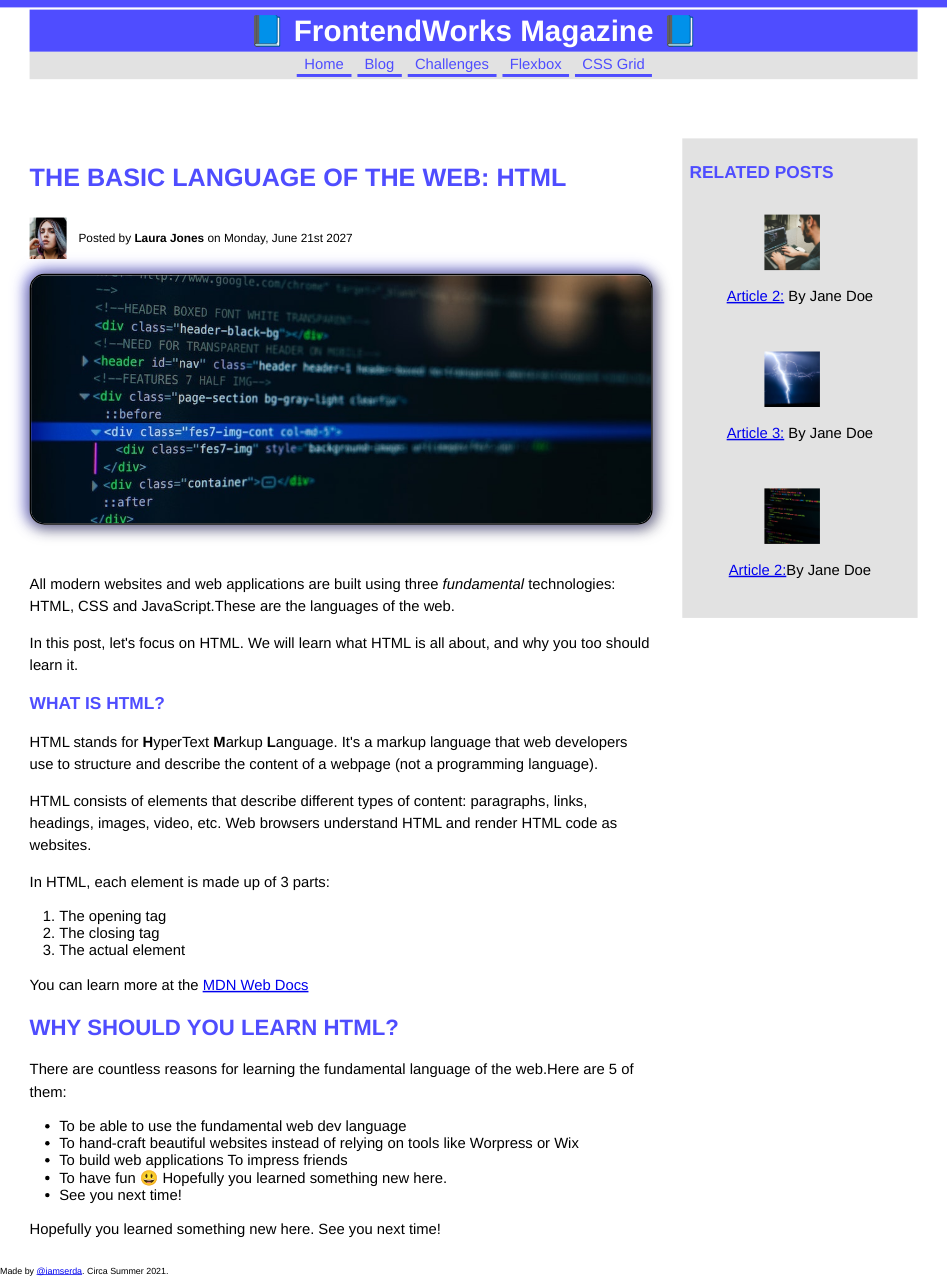
Repository: iamserda/html-css-course
Page: starter/02-HTML-Fundamentals/index.html
The author's editor kept a copy of each file at every save. The page is drawn from the files as they stood at one save, then again after the next save.
The browser window is 1280 px wide. The pictures show the whole page, at 74% of full size.

Above is the page before, as saved 2021-07-17 18:23:51.

### starter/02-HTML-Fundamentals/index.html
<!DOCTYPE html>
<html lang="en">

<head>
    <meta charset="UTF-8" />
    <meta http-equiv="X-UA-Compatible" content="IE=edge" />
    <meta name="viewport" content="width=device-width, initial-scale=1.0" />
    <title>HTML Fundamentals by Laura Jones</title>
    <link href="index.css" rel="stylesheet" />
</head>

<body class="container-col">
    <header>
        <h1 class="brandname">📘 FrontendWorks Magazine 📘</h1>
        <nav>
            <ul>
                <li><a href="index.html">Home</a></li>
                <li><a href="blog/">Blog</a></li>
                <li><a href="challenges/">Challenges</a></li>
                <li><a href="https://css-tricks.com/snippets/css/a-guide-to-flexbox/" target="_blank">Flexbox</a></li>
                <li><a href="https://css-tricks.com/snippets/css/complete-guide-grid/" target="_blank">CSS Grid</a></li>
            </ul>
        </nav>
    </header>
    <main class="container-row">
        <section>
            <article>
                <header class="article-meta">
                    <h1 class="post-title">The Basic Language of the Web: HTML</h1>
                    <div class="author">
                        <img class="author-pic" src="img/laura-jones.jpg" alt="photo of author laura jones" />
                        <p>Posted by <strong>Laura Jones</strong> on Monday, June 21st 2027</p>
                    </div>
                </header>
                <div class="article-content">
                    <img class="post-image" src="img/post-img.jpg" alt="displaying html code." />
                    <p> All modern websites and web applications are built using three
                        <em>fundamental</em> technologies: HTML, CSS and JavaScript.These are the languages of the web.
                    </p>
                    <p>
                        In this post, let's focus on HTML. We will learn what HTML is all about, and why you too should
                        learn it.
                    </p>

                    <h3>What is HTML?</h3>

                    <p>
                        HTML stands for <b>H</b>yperText <b>M</b>arkup <b>L</b>anguage. It's a markup language that web
                        developers use to structure and describe the content of a webpage (not a programming language).
                    </p>

                    <p>
                        HTML consists of elements that describe different types of content: paragraphs, links, headings,
                        images, video, etc. Web browsers understand HTML and render HTML code as websites.
                    </p>

                    <p>In HTML, each element is made up of 3 parts:</p>
                    <ol>
                        <li>The opening tag</li>
                        <li>The closing tag</li>
                        <li>The actual element</li>
                    </ol>
                    <p>
                        You can learn more at the
                        <a href="https://developer.mozilla.org/en-US/" target="_blank">MDN Web Docs</a>
                    </p>
                    <h2>Why should you learn HTML?</h2>
                    <p>There are countless reasons for learning the fundamental language of the web.Here are 5 of them:
                    </p>
                    <ul>
                        <li>To be able to use the fundamental web dev language</li>
                        <li>To hand-craft beautiful websites instead of relying on tools like Worpress or Wix</li>
                        <li>To build web applications To impress friends</li>
                        <li>To have fun 😃 Hopefully you learned something new here.</li>
                        <li>See you next time!</li>
                    </ul>
                    <p>Hopefully you learned something new here. See you next time!</p>
                </div>
            </article>
        </section>
        <aside class="container-col">
            <h3>Related Posts</h3>
            <div class="related container-col">
                <img src="img/related-1.jpg" alt="a programmer writing code.">

                <p><a href="#article2">Article 2:</a> By Jane Doe</p>
            </div>
            <div class="related container-col">
                <img src="img/related-2.jpg" alt="a programmer writing code.">
                <p><a href="#article3">Article 3:</a> By Jane Doe</p>
            </div>
            <div class="related container-col">
                <img src="img/related-3.jpg" alt="a programmer writing code.">
                <p><a href="#article4">Article 2:</a>By Jane Doe</p>
            </div>
        </aside>
    </main>
    <footer>
        <p>Made by <a href="https://twitter.com/iamserda">@iamserda</a>. Circa Summer 2021.</p>
    </footer>
</body>

</html>

### starter/02-HTML-Fundamentals/index.css
* {
    box-sizing: border-box;
}

html {
    font-size: 16px;
}

html,
body {
    margin: 0;
    padding: 0;
}

body {
    font-family: Helvetica, Arial, sans-serif;
    font-size: 1.25rem;
}

body>header {
    border-top: 10px solid rgb(80, 77, 255);
    padding-top: 0.125em;
}

main {
    margin-top: 4em;
}



h1,
h2,
h3,
h4,
h5,
h6 {
    color: rgb(79, 77, 255);
    text-transform: uppercase;
}

main,
.brandname,
nav {
    width: 100%;
    max-width: 1200px;
    margin-left: auto;
    margin-right: auto;
}

.brandname,
nav {
    margin-top: 0;
    margin-bottom: 0;
}

.brandname {
    font-size: 2.5rem;
    text-transform: capitalize;
    text-align: center;
    color: white;
    background-color: rgb(79, 77, 255);
    padding: 0.125em 0;
}

p {
    line-height: 1.5;
}

nav {
    margin-top: 0;
    background-color: rgb(226, 226, 226);
}

nav ul {
    padding: 0.125em;
    margin: 0 auto;
    width: fit-content;

}

nav li {
    list-style: none;
    border-bottom: 4px solid rgb(79, 77, 255);
    padding: 0.125em 0.5em;
    margin-left: 0.125em;
    display: inline-block;
    color: rgb(79, 77, 255);
}

nav a {
    display: block;
    text-decoration: none;
    color: inherit;
    width: 100%;
    height: auto;
}

nav li:hover {
    background-color: rgb(79, 77, 255);
    border-bottom: 4px solid white;
    color: white;
}

nav li:hover a {
    color: white;
}

main section {
    width: 80%;
    margin-right: 2em;
}

aside {
    width: 30%;
    max-width: 500px;
    margin-right: auto;
    background-color: rgb(226, 226, 226);
    padding: 0.5em;
    height: fit-content;
}

aside>div {
    margin: 1em auto
}

footer p {
    font-size: 0.75rem;
}

/* Layout */
.container-row {
    display: flex;
    flex-flow: row nowrap;
}

.container-col {
    display: flex;
    flex-flow: column nowrap;
}

.article-meta {
    margin-bottom: 1em;
}

.author {
    display: flex;
    flex-flow: row nowrap;
    width: 100%;
    justify-content: flex-start;
    font-size: 1rem;
}

.related {
    max-width: 300px;
}

.related img {
    width: 100%;
    max-width: 75px;
    margin-right: 1em;
    align-self: center;
}

.post-title {
    color: rgb(79, 77, 255);
    text-align: left;
    font-size: 2.125rem;
}

.post-image {
    width: 100%;
    max-width: 960px;
    height: auto;
    border: 2px solid rgb(0, 0, 0);
    box-shadow: 0 0 18px 2px rgba(0, 0, 0, 0.5);
    box-shadow: 3px 3px 18px 4px rgba(26, 26, 26, 0.507),
        -3px -3px 18px 4px rgba(79, 77, 255, 0.507);
    border-radius: 20px;
    margin-bottom: 2em;
}

.author-pic {
    width: 100%;
    max-width: 50px;
    margin-right: 1em;
}

After the next save:
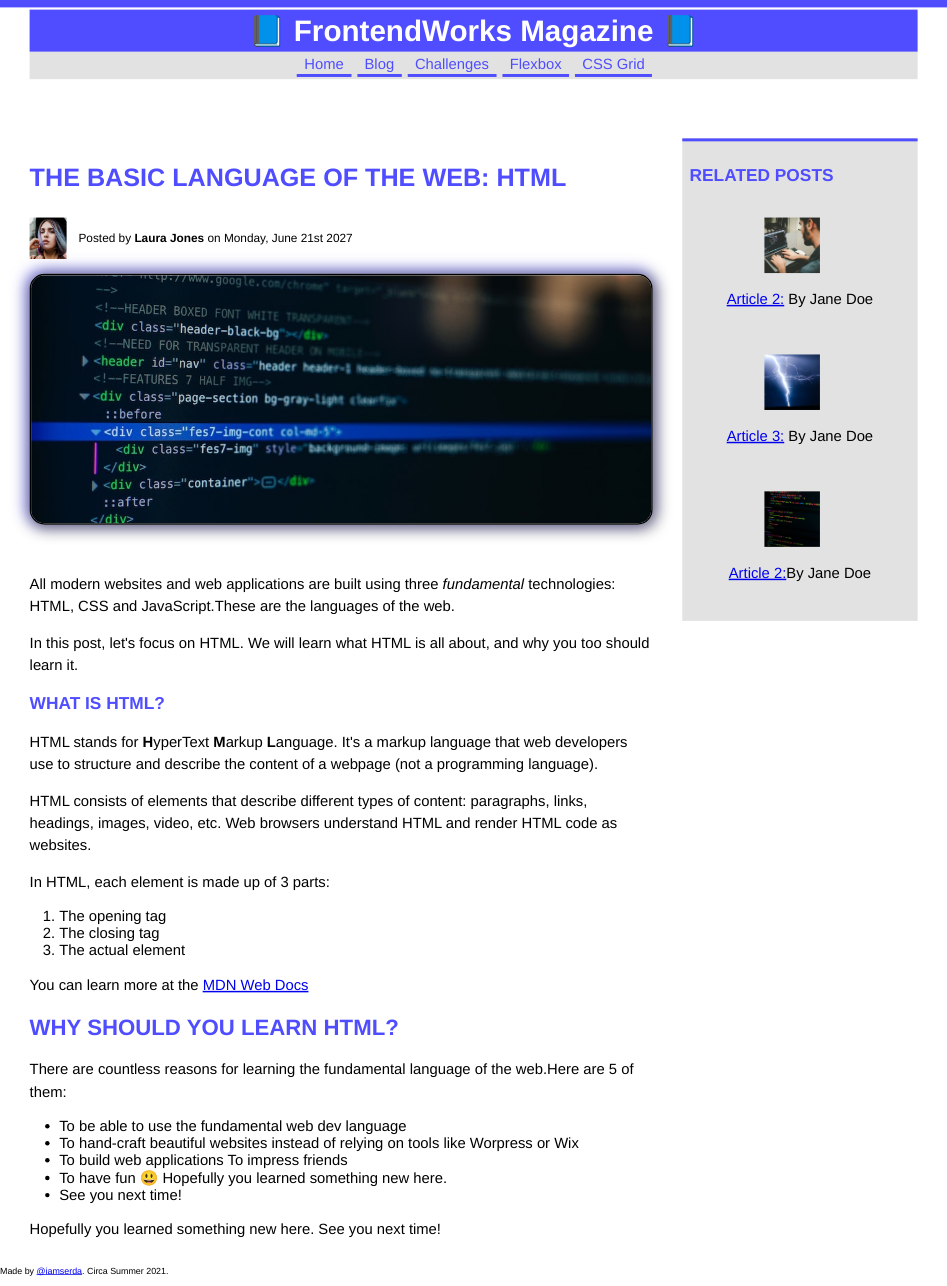
Saved 45 s later.
--- a/starter/02-HTML-Fundamentals/index.css
+++ b/starter/02-HTML-Fundamentals/index.css
@@ -117,6 +117,7 @@ aside {
     background-color: rgb(226, 226, 226);
     padding: 0.5em;
     height: fit-content;
+    border-top: 4px solid rgb(80, 77, 255);
 }
 
 aside>div {
